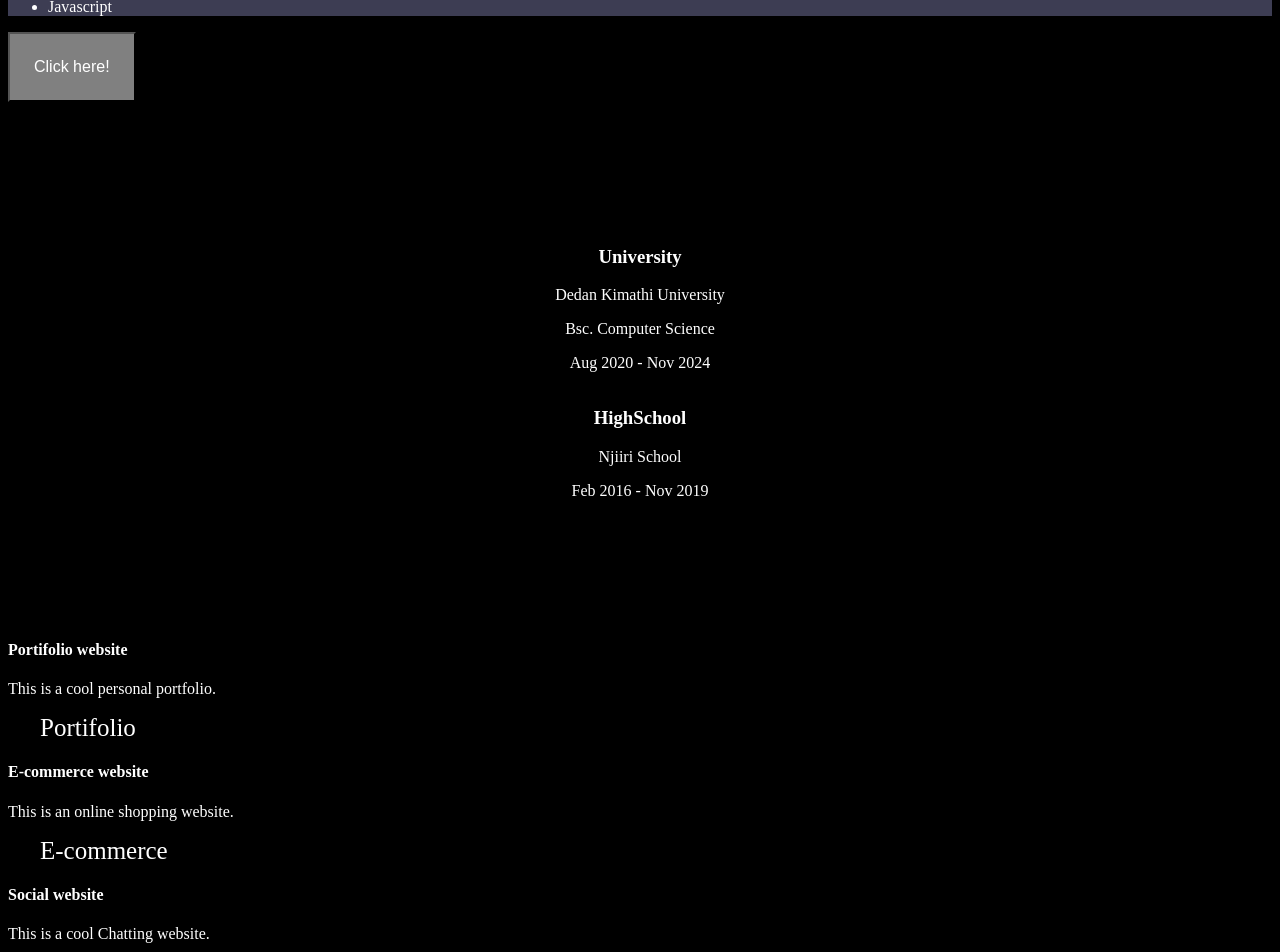
Repository: LaukeyMwaura/Jitu-Day-2
Page: index.html
The author's editor kept a copy of each file at every save. The page is drawn from the files as they stood at one save, then again after the next save.
The browser window is 1280 px wide. The pictures show the part of the page from y = 1032 to 1984 px (the page is 2251 px tall before and 2449 px after).
A picture or video elsewhere on the page could not be fetched, so the positions and the page height are approximate.

Above is the page before, as saved 2022-05-11 14:56:52.

After the next save:
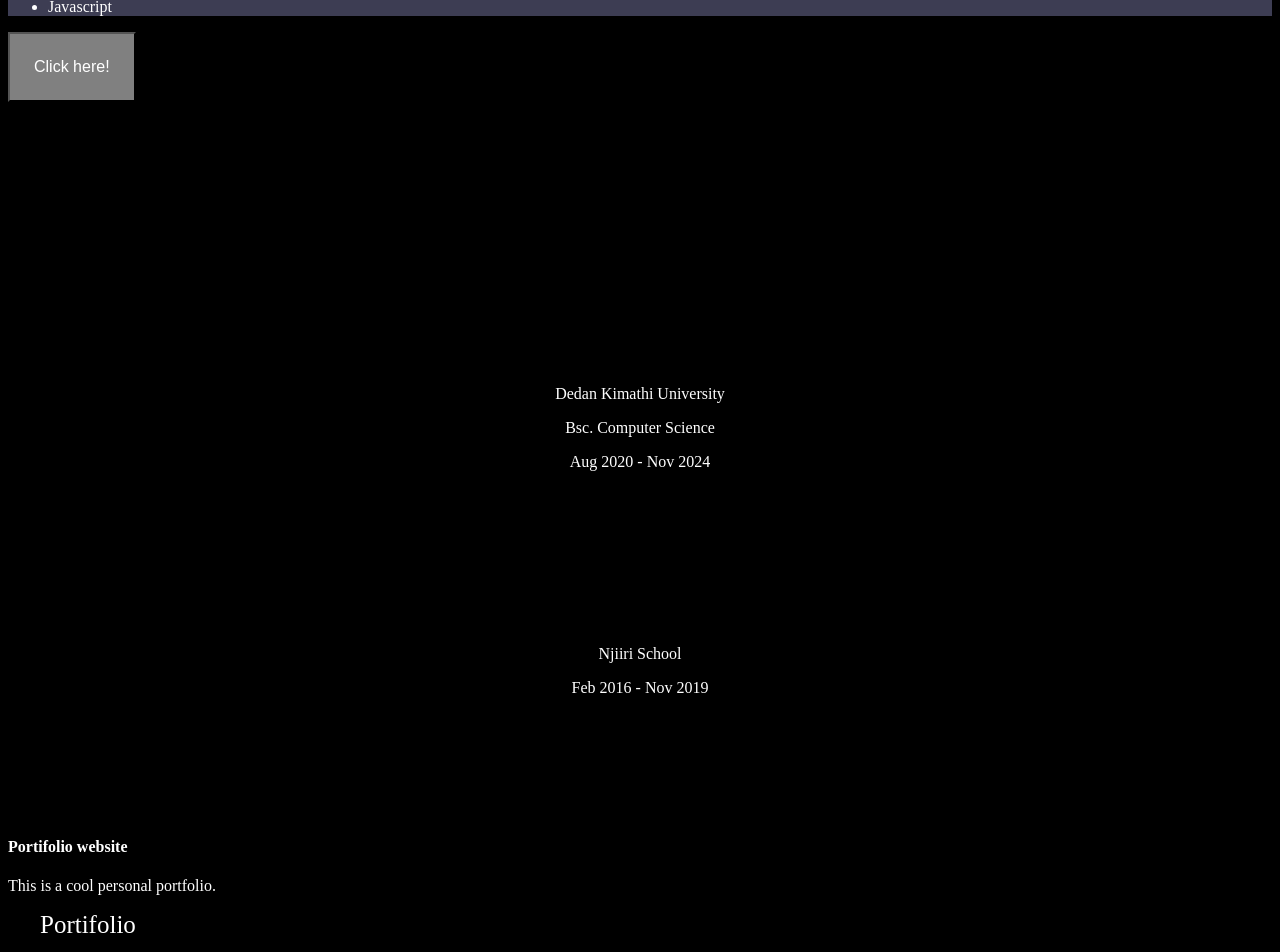
Saved 57 s later.
--- a/style.css
+++ b/style.css
@@ -47,7 +47,7 @@ color: red;
     color:white;
 }
 
-h1{
+h1, h3{
     color:black;
     font-size:50px
 }
